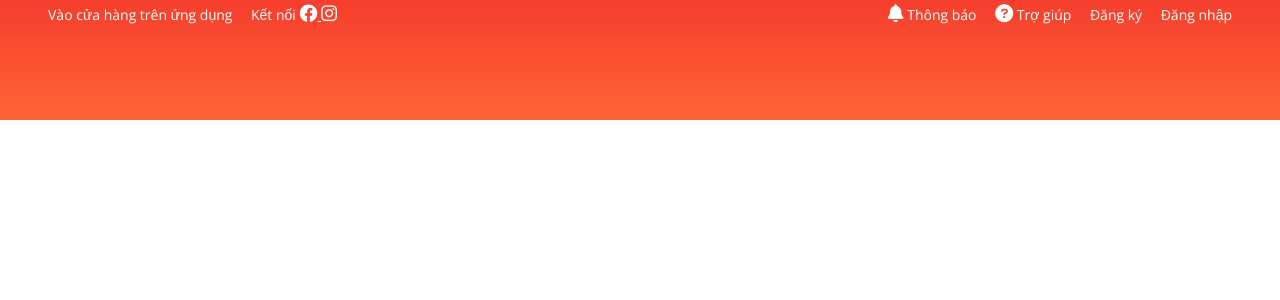
Repository: trongtamdev/Clone-Shopee-Page
Page: index.html
The author's editor kept a copy of each file at every save. The page is drawn from the files as they stood at one save, then again after the next save.
The browser window is 1280 px wide. The pictures show the whole page.

Above is the page before, as saved 2022-07-06 14:05:40.

### index.html
<!DOCTYPE html>
<html lang="en">

<head>
    <meta charset="UTF-8">
    <meta http-equiv="X-UA-Compatible" content="IE=edge">
    <meta name="viewport" content="width=device-width, initial-scale=1.0">
    <title>Document</title>
    <link rel="stylesheet" href="https://cdnjs.cloudflare.com/ajax/libs/normalize/8.0.1/normalize.min.css">
    <link rel="stylesheet" href="assets/css/base.css">
    <link rel="stylesheet" href="assets/css/main.css">
    <link rel="stylesheet" href="assets/fonts/fontawesome-free-6.1.1/css/all.min.css">
    <link href="https://fonts.googleapis.com/css2?family=Open+Sans:wght@300;400;500;700&display=swap" rel="stylesheet">
</head>
    <div class="app">
        <header class="header">
            <div class="grid">
                <nav class="header__navbar">
                    <ul class="header__navbar-list">
                        <li class="header__navbar-item">
                            Vào cửa hàng trên ứng dụng
                        </li>
                        <li class="header__navbar-item">
                            Kết nối
                            <a href="" class="header__navbar-icon-link">
                                <i class="header__navbar-icon fa-brands fa-facebook"></i>
                            </a>
                            <a href="" class="header__navbar-icon-link">
                                <i class="header__navbar-icon fa-brands fa-instagram"></i>
                            </a>
                        </li>
                    </ul>

                    <ul class="header__navbar-list">
                        <li class="header__navbar-item">
                            <a href="" class="header__navbar-item-link">
                                <i class="header__navbar-icon fa-solid fa-bell"></i>
                                Thông báo</a>
                        </li>

                        <li class="header__navbar-item">
                            <a href="" class="header__navbar-item-link">
                                <i class="header__navbar-icon fa-solid fa-circle-question"></i>
                                Trợ giúp</a>
                        </li>

                        <li class="header__navbar-item header__navbar-item--strong">Đăng ký</li>
                        <li class="header__navbar-item header__navbar-item--strong">Đăng nhập</li>
                    </ul>
                </nav>
            </div>

        </header>

        <div class="container">

        </div>

        <footer class="footer">

        </footer>
    </div>

<body>

</body>

</html>

### assets/css/base.css
:root {
    --white-color :#fff;
    --back-color :#000;
    --text-color : #333;
}

*{
    box-sizing: inherit;
}

html {
    font-size: 62.5%;
    line-height: 1.6rem;
    font-family: 'Open Sans', sans-serif;;
    box-sizing: border-box;
}

.grid {
    width: 1200px;
    max-width: 100%;
    margin: 0 auto;
}

.grid__full-width {
    width: 100%;
}

.grid__row {
    display: flex;
    flex-wrap: wrap
}

### assets/css/main.css
.header {
    height: 120px;
    background-image: linear-gradient(0, #fe6433, #f53e2d);
}

.header__navbar {
    display: flex;
    justify-content: space-between;
}

.header__navbar-list {
    list-style: none;
    padding: 0;
    margin-top: 4px;
}

.header__navbar-item {
    margin: 0 8px;
}

.header__navbar-item,
.header__navbar-item-link{
    display: inline-block;
    font-size: 1.4rem;
    color :var(--white-color);
    text-decoration: none;
    font-weight: 300;
}

.header__navbar-item:hover,
.header__navbar-item-link:hover{
    cursor: pointer;
    color: rgba(255, 255, 255, 0.7);
}

.header__navbar-item--strong {
    font-weight: 400;
}

.header__navbar-icon-link {
    color: var(--white-color);
    text-transform: none;
}

.header__navbar-icon {
    font-size: 1.8rem;
}

Loaded but not shown: assets/fonts/fontawesome-free-6.1.1/css/all.min.css (library)

After the next save:
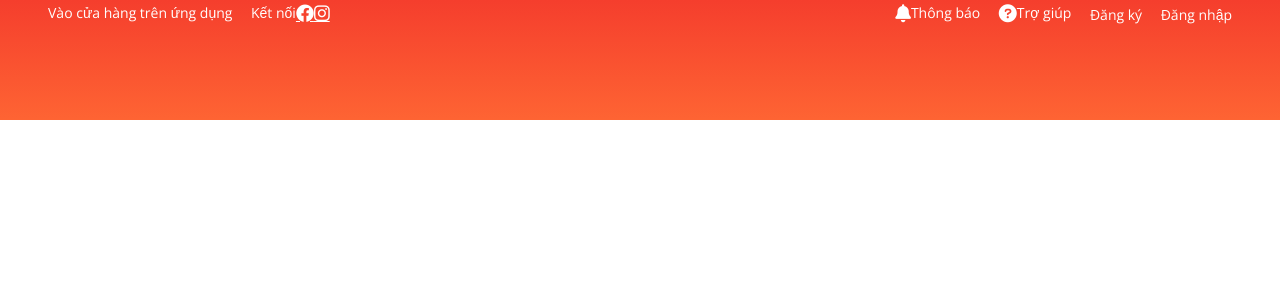
Saved 6 min 3 s later.
--- a/assets/css/main.css
+++ b/assets/css/main.css
@@ -27,6 +27,13 @@
     font-weight: 300;
 }
 
+.header__navbar-item,
+.header__navbar-item-link,
+.header__navbar-icon-link {
+    display: inline-flex;
+    align-items: center;
+}
+
 .header__navbar-item:hover,
 .header__navbar-item-link:hover{
     cursor: pointer;
